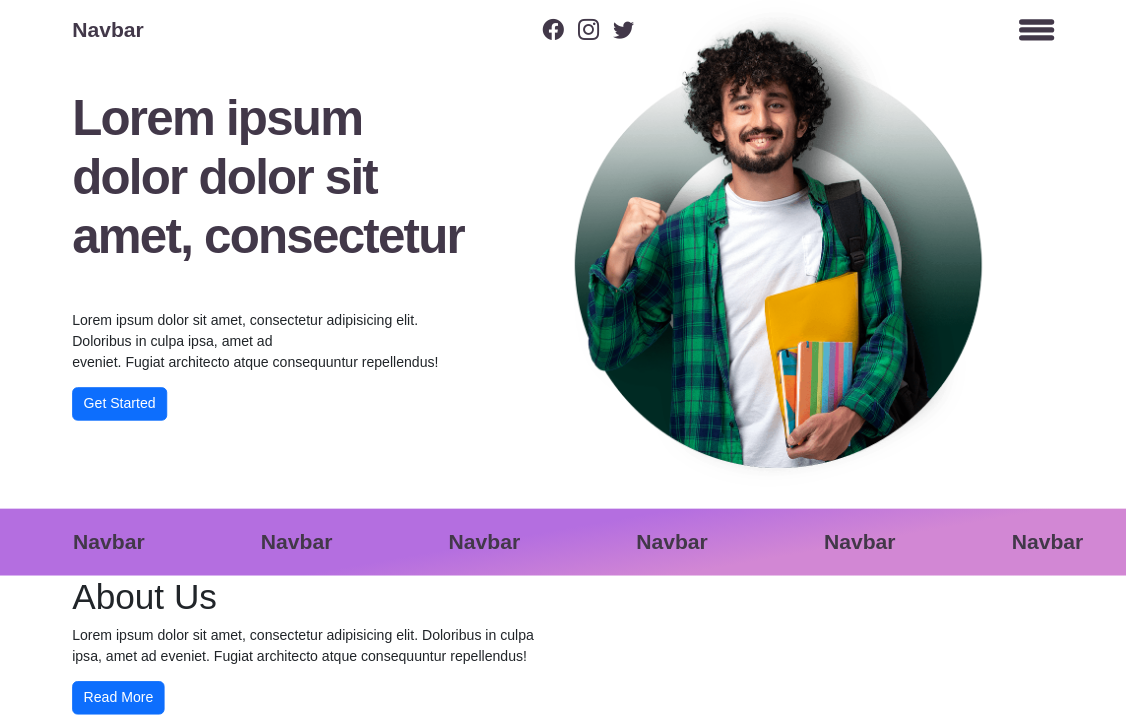
Repository: tagnam/project27012025
Page: index.html
The author's editor kept a copy of each file at every save. The page is drawn from the files as they stood at one save, then again after the next save.
The browser window is 1280 px wide. The pictures show the whole page, at 88% of full size.

Above is the page before, as saved 2025-01-27 16:16:28.

### index.html
<!DOCTYPE html>
<html lang="en">
<head>
    <meta charset="UTF-8">
    <meta name="viewport" content="width=device-width, initial-scale=1.0">
    <link href="https://cdn.jsdelivr.net/npm/bootstrap@5.3.3/dist/css/bootstrap.min.css" rel="stylesheet" integrity="sha384-QWTKZyjpPEjISv5WaRU9OFeRpok6YctnYmDr5pNlyT2bRjXh0JMhjY6hW+ALEwIH" crossorigin="anonymous">
    <link rel="stylesheet" href="style/css/index.css">
    <link rel="stylesheet" href="style/css/animation.css">
    <link rel="stylesheet" href="style/css/responsive.css">
    <title>project27012025</title>
</head>
<body>
<header>
    <!-- --------------------------------------------start nav bar ------------------------------->
    <nav class="navbar navbar-expand-lg custom-nav">
        <div class="container">
          <div class="collapse navbar-collapse justify-content-between" id="navbarSupportedContent">
            <a class="navbar-brand" href="#">Navbar</a>
            <ul class="navbar-nav  ">

              <li class="nav-item">
                <a class="nav-link" href="#"><i class="bi bi-facebook"></i></a>
              </li>
              <li class="nav-item">
                <a class="nav-link" href="#"><i class="bi bi-instagram"></i></a>
              </li>
              <li class="nav-item">
                <a class="nav-link" href="#"><i class="bi bi-twitter"></i></a>
              </li>
            </ul>
            <div class="d-flex">
               <div class="menu-container" type="button" data-bs-toggle="offcanvas" data-bs-target="#offcanvasExample" aria-controls="offcanvasExample">
                <span class="span-menu-01 menu-icon"></span>
                <span class="span-menu-02 menu-icon"></span>
                <span class="span-menu-03 menu-icon"></span>
            </div>
            </div>
          </div>
        </div>
      </nav>

      <!-- ------------------------------start offcanvas ---------------------------------------->
      <div class="offcanvas offcanvas-start " tabindex="-1" id="offcanvasExample" aria-labelledby="offcanvasExampleLabel">
        <div class="offcanvas-header">
          <h5 class="offcanvas-title" id="offcanvasExampleLabel">Offcanvas</h5>
          <button type="button" class="btn-close text-reset" data-bs-dismiss="offcanvas" aria-label="Close"></button>
        </div>
        <div class="offcanvas-body">
          <div>
            Some text as placeholder. In real life you can have the elements you have chosen. Like, text, images, lists, etc.
          </div>
          <div class="dropdown mt-3">
            <button class="btn btn-secondary dropdown-toggle" type="button" id="dropdownMenuButton" data-bs-toggle="dropdown">
              Dropdown button
            </button>
            <ul class="dropdown-menu" aria-labelledby="dropdownMenuButton">
              <li><a class="dropdown-item" href="#">Action</a></li>
              <li><a class="dropdown-item" href="#">Another action</a></li>
              <li><a class="dropdown-item" href="#">Something else here</a></li>
            </ul>
          </div>
        </div>
      </div>
       <!-- -----------------------------end offcanvas ------------------------------------------->
      <!------------------------------------------------ end navbar ----------------------------->


</header>
<section class="hero-section">
    <div  class="container" style="height: 100%;">
        <div class="row" >
            <div class="col-lg-6 col-md-6 col-sm-12">
                <div class="banner-content ">
                    <h1>Lorem ipsum dolor  dolor sit amet, consectetur </h1>
                    <p>Lorem ipsum dolor sit amet, consectetur adipisicing elit. Doloribus in culpa ipsa, amet ad<br> eveniet. Fugiat architecto atque consequuntur repellendus!</p>
                    <button class="btn btn-primary">Get Started</button>
                </div>
            </div>
            <div class="col-lg-6 col-md-6 col-sm-12">
                <div class="banner-img d-flex justify-content-end">
                    <img src="image/hero-banner-01.webp" class="w-100" alt="">

            </div>

        </div>
    </div>
    <!-- <div class="row">
        <div class="col-lg-6 col-md-6 col-sm-12 d-flex justify-content-start">
            <div class="banner-btn">
                <a class="btn custom-btn btn-outline-success"> Get Started </a>
            </div>
        </div>
        <div class="col-lg-6 col-md-6 col-sm-12 d-flex justify-content-end">
             <div class="banner-footer-text">
                <p>Lorem ipsum dolor sit amet <br>consectetur adipisicing elit. Numquam, vel.</p>
             </div>

    </div>
 </div> -->
  </section>


<section class="client-section">
    <div class="container-fluid">
       <div class="row  row-cols-3 row-cols-md-6 g-4">
        <div class="col client-logo">
            <a class="navbar-brand w-25" href="#">Navbar</a>
        </div>
        <div class="col client-logo">
            <a class="navbar-brand w-25" href="#">Navbar</a>
        </div>
        <div class="col client-logo">
            <a class="navbar-brand w-25" href="#">Navbar</a>
        </div>
        <div class="col client-logo">
            <a class="navbar-brand w-25" href="#">Navbar</a>
        </div>
        <div class="col client-logo">
            <a class="navbar-brand w-25" href="#">Navbar</a>
        </div>
        <div class="col client-logo">
            <a class="navbar-brand w-25" href="#">Navbar</a>
        </div>

    </div>
    </div>
</section>

<section>
    <div class="container">
        <div class="row">
            <div class="col-lg-6 col-md-6 col-sm-12">
                <div class="about-content">
                    <h1>About Us</h1>
                    <p>Lorem ipsum dolor sit amet, consectetur adipisicing elit. Doloribus in culpa ipsa, amet ad eveniet. Fugiat architecto atque consequuntur repellendus!</p>
                    <button class="btn btn-primary">Read More</button>
                </div>
            </div>

        </div>
    </div>
</section>
<script src="https://cdn.jsdelivr.net/npm/bootstrap@5.3.3/dist/js/bootstrap.bundle.min.js" integrity="sha384-YvpcrYf0tY3lHB60NNkmXc5s9fDVZLESaAA55NDzOxhy9GkcIdslK1eN7N6jIeHz" crossorigin="anonymous"></script>
<script src="style/js/custom.js"></script>
</body>
</html>

### style/css/index.css
@import url("https://cdn.jsdelivr.net/npm/bootstrap-icons@1.11.3/font/bootstrap-icons.min.css");

*{
 margin: 0;
padding: 0;
box-sizing: border-box;
}

:root{
    --dark-color:#423849;
    --semi-dark-color:#b46ee0;
    --light-color:#d287d4;
    --white-color:#fff;
    --main-heading-font-size: 3.5rem;
    --subheading-font-size: 2rem;
    --paragraph-font-size: 1rem;


}


body{
    font-family: 'Poppins', sans-serif;


}

header{
    position: fixed;
    top: 0;
    z-index: 1000;
width: 100%;
}

.navbar-brand{
    font-size: 1.5rem;
    font-weight: 800;
    color: var(--dark-color);
}

.menu-icon{
    display: block;
    width: 40px;
    height: 6px;
    background-color: var(--dark-color);
    margin: 3px auto;
    border-radius: 20px;
    cursor: pointer;
}


.nav-link .bi{
    font-size: 1.5rem;
    color: var(--dark-color);
}

.banner-content{
    margin: 100px auto;
    padding-right: 100px;
}

.banner-content h1{
    color: var(--dark-color);
    font-weight: 800;
    /* font-size: 55px; */
    font-size: var(--main-heading-font-size);
    letter-spacing: -2px;
    margin: 50px 0px;
}
/* .hero-section{
   background-image: url(/image/business-banner.jpg);
    background-size: cover;
    background-position: center;
    height: 100vh;
} */

.banner-footer-text p{
    color: var(--dark-color);

}


.client-section{
    background: linear-gradient(-190deg, rgba(180,110,224,1) 45%, rgba(210,135,212,1) 70%);
    padding: 20px 0px;
    overflow: hidden;
}

.client-logo{
    display: flex;
    justify-content: center;
    align-items: center;
    flex-wrap: wrap;
    color: var(--white-color);
}

Loaded but not shown: style/js/custom.js (no copy from this time; the picture is the same without it); style/css/animation.css (no stored copy; drawn as an empty file); style/css/responsive.css (no stored copy; drawn as an empty file)

After the next save:
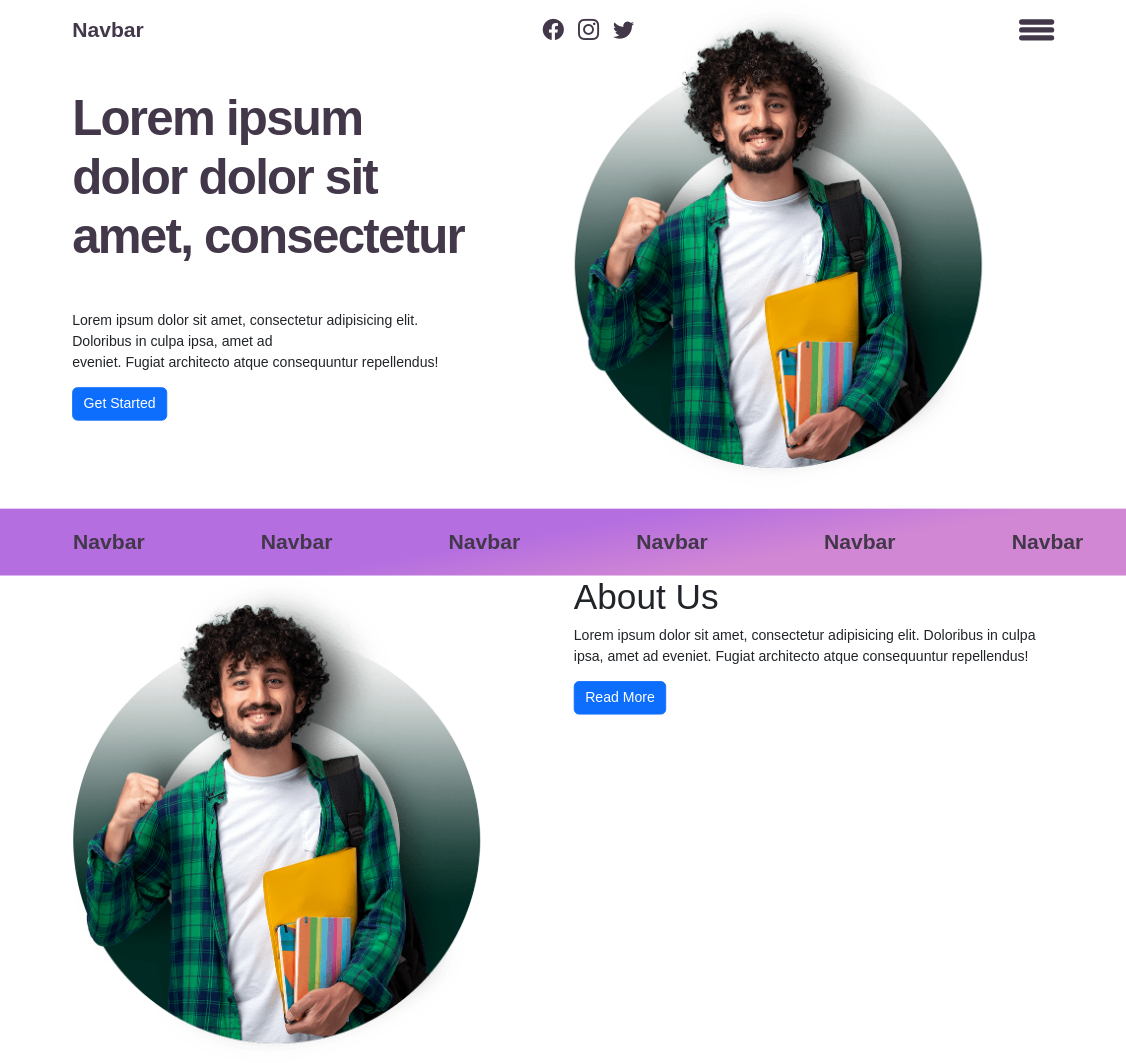
Saved 4 s later.
--- a/index.html
+++ b/index.html
@@ -130,6 +130,11 @@
     <div class="container">
         <div class="row">
             <div class="col-lg-6 col-md-6 col-sm-12">
+                <div class="about-img">
+                    <img src="image/hero-banner-01.webp" class="w-100" alt="">
+                </div>
+            </div>
+            <div class="col-lg-6 col-md-6 col-sm-12">
                 <div class="about-content">
                     <h1>About Us</h1>
                     <p>Lorem ipsum dolor sit amet, consectetur adipisicing elit. Doloribus in culpa ipsa, amet ad eveniet. Fugiat architecto atque consequuntur repellendus!</p>
